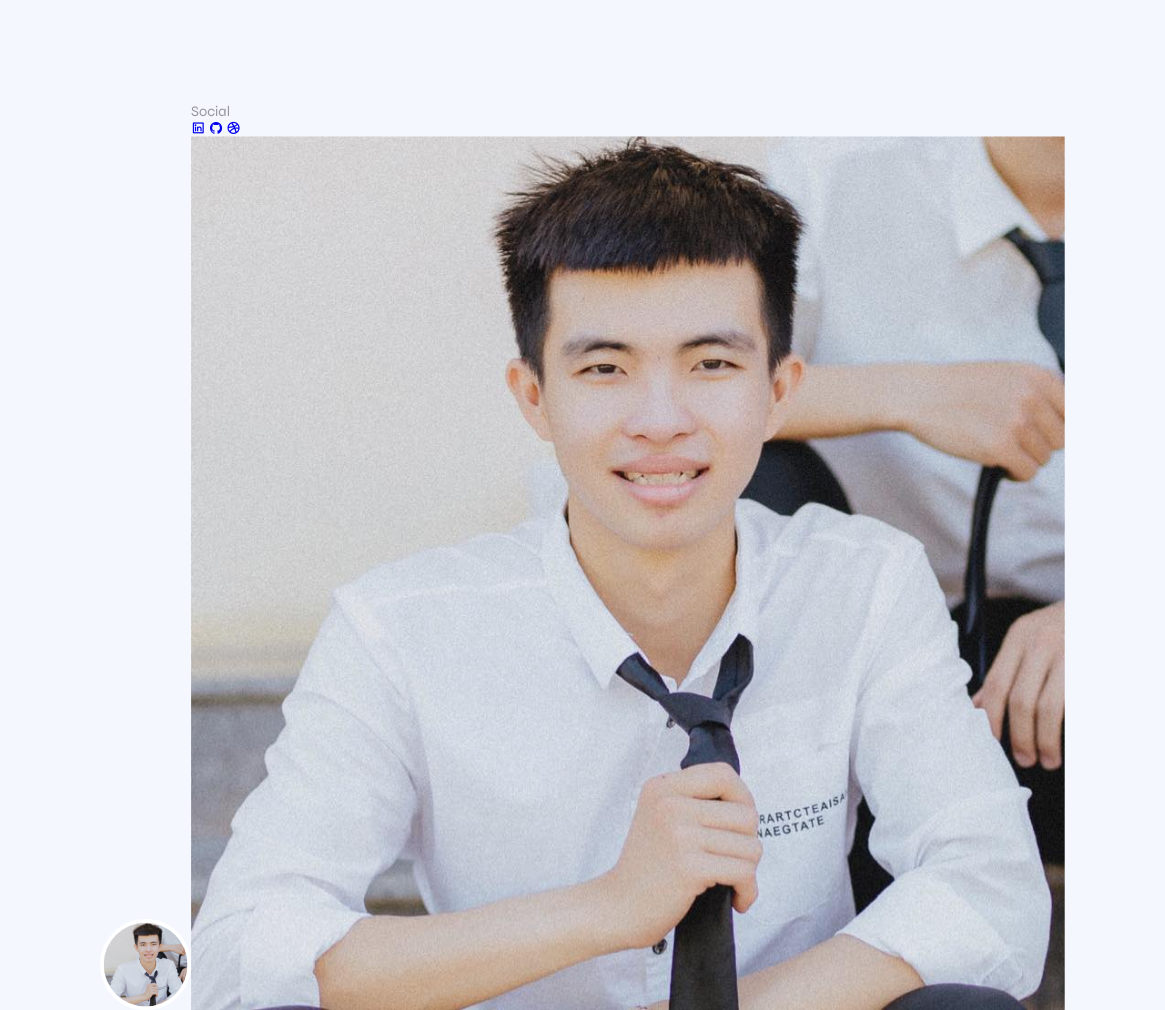
Repository: dinhhaidh/Profile
Page: index.html
An editor plug-in stored every save of this project. The page is shown before and after a run of saves, followed by the edit.
The browser window is 1280 px wide. The pictures show the whole page, at 91% of full size.
Some web libraries are served in a nearby version.

Above is the page before, as saved 2024-02-29 08:59:54.

### index.html
<!DOCTYPE html>
<html lang="en">
<head>
    <meta charset="UTF-8">
    <meta name="viewport" content="width=device-width, initial-scale=1.0">

    <!--=============== REMIXICONS ===============-->
    <link rel="stylesheet" href="https://cdnjs.cloudflare.com/ajax/libs/remixicon/4.0.1/remixicon.css">

    <!--=============== CSS ===============-->
    <link rel="stylesheet" href="style.css">

    <title>Profile card with tooltip</title>
</head>
<body>
    <div class="container">
        <article class="card__article">
            <div class="card__profile">
                <img src="./img/img.jpg" alt="image" class="card__profile-img">
            </div>

            <div class="card__tooltip">
                <div class="card__content">
                    <header class="card__header">
                        <span>Social</span>

                        <div class="card__social">
                            <a href="https://www.linkedin.com" target="_blank">
                                <i class="ri-linkedin-box-line"></i>
                            </a>

                            <a href="https://www.github.com" target="_blank">
                                <i class="ri-github-fill"></i>
                            </a>

                            <a href="https://www.dribbble.com" target="_blank">
                                <i class="ri-dribbble-line"></i>
                            </a>
                        </div>
                    </header>

                    <div class="card__data">
                        <div class="card__image">
                            <div class="card__mask">
                                <img src="./img/img.jpg" alt="image" class="card__img">
                            </div>

                            <span class="card__stutus">

                            </span>
                        </div>
                        <h2 class="card__name">

                        </h2>
                    </div>
                </div>
            </div>
        </article>
    </div>
</body>
</html>

### style.css
/*=============== GOOGLE FONTS ===============*/
@import url("https://fonts.googleapis.com/css2?family=Syne:wght@400;500;600&display=swap");

/*=============== VARIABLES CSS ===============*/
:root {
    /*========== Colors ==========*/
    /*Color mode HSL(hue, saturation, lightness)*/
    --first-color: hsl(230, 100%, 50%);
    --second-color: hsl(150, 100%, 38%);
    --title-color: hsl(230, 24%, 12%);
    --text-color: hsl(230, 4%, 60%);
    --gray-color: hsl(230, 24%, 88%);
    --border-color: hsl(230, 4%, 92%);
    --body-color: hsl(230, 100%, 98%);
    --container-color: hsl(0, 0%, 100%);

    /*========== Font and typography ==========*/
    /*.5rem = 8px | 1rem = 16px ...*/
    --body-font: "Syne", sans-serif;
    --h2-font-size: 1.25rem;
    --normal-font-size: 1rem;
}

/*=============== BASE ===============*/
* {
    box-sizing: border-box;
    padding: 0;
    margin: 0;
}

body {
    font-family: var(--body-font);
    font-size: var(--normal-font-size);
    background-color: var(--body-color);
    color: var(--text-color);
}

a {
    text-decoration: none;
}

img {
    display: block;
    max-width: 100%;
    height: auto;
}

/*=============== CARD ===============*/
.container{
    height: 100vh;
    display: grid;
    place-items: center;
    margin-inline: 1.5rem;
    padding-block: 7rem;
}
.card__article{
    position: relative;
    align-items: flex-end;
    display: flex;
    justify-content: center;
}
.card__profile{
    width: 100px;
    height: 100px;
    background-color: var(--gray-color);
    border-radius: 50%;
    overflow: hidden;
    display:flex;
    align-items: flex-end;
    justify-content: center;
    border: 4px solid var(--container-color);
    z-index: 5;
}
.card__profile-img{
    width: 95px;
}

/* Scale profile image */


/* Show tooltip card */


/*=============== BREAKPOINTS ===============*/
/* For medium devices */

After the next 3 saves:
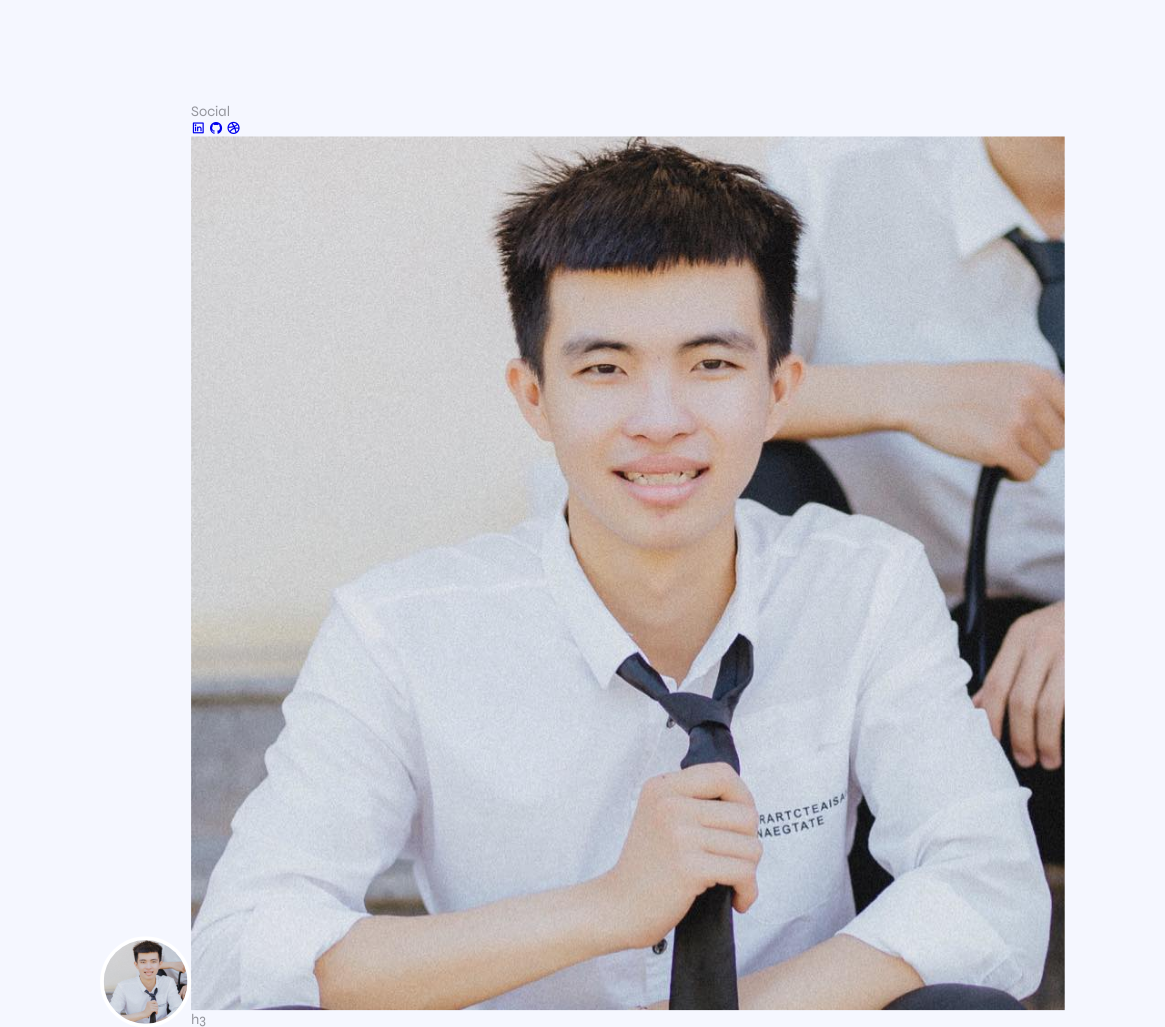
The 3 saves are shown as one change because they came seconds apart.
The last was saved 27 s later.
--- a/index.html
+++ b/index.html
@@ -49,9 +49,8 @@
 
                             </span>
                         </div>
-                        <h2 class="card__name">
-
-                        </h2>
+                        <h2 class="card__name"></h2>
+                        h3
                     </div>
                 </div>
             </div>
